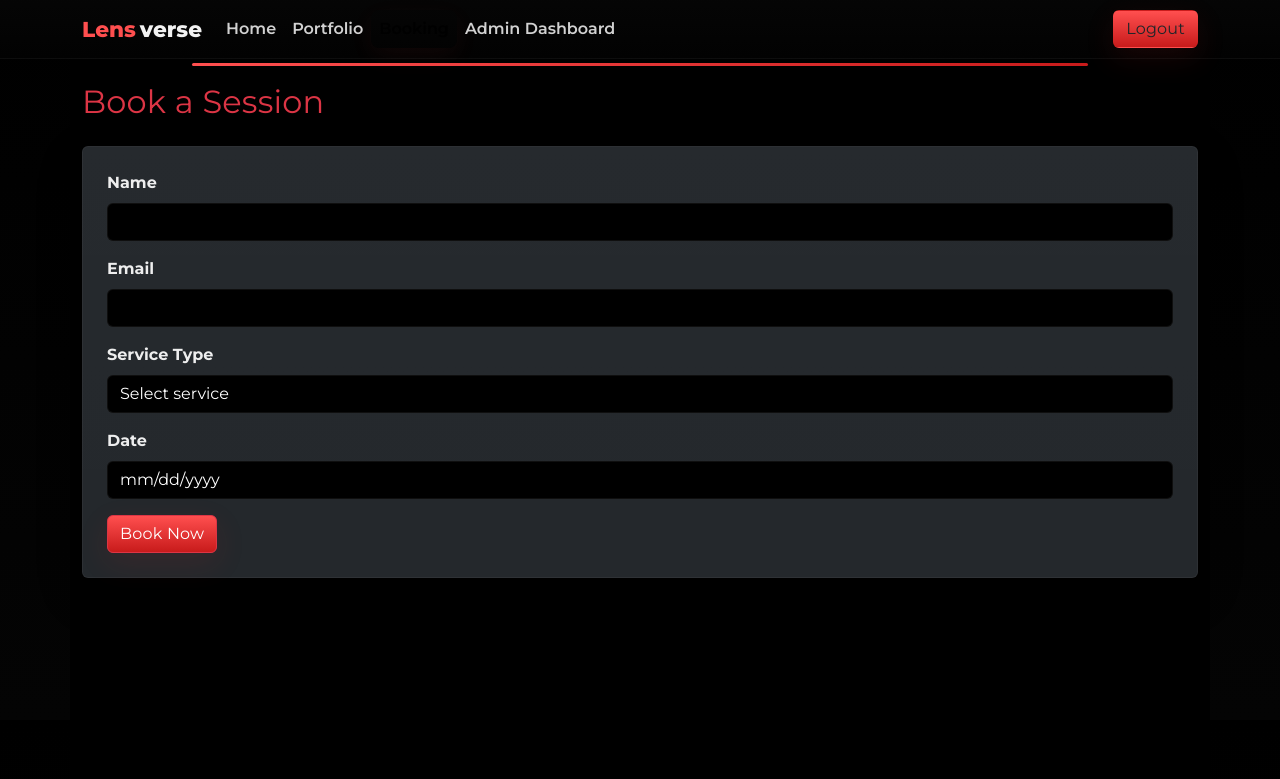
Repository: adithyakiran47/lensverseproject
Page: /booking (app in lensverse-client/)
The author's editor kept a copy of each file at every save. The page is drawn from the files as they stood at one save, then again after the next save.
The browser window is 1280 px wide. The pictures show the whole page.
The project was rebuilt for these pictures with package versions that can differ from the ones it lists, and the page was loaded fresh each time. Also part of the build but not shown: lensverse-client/src/pages/Home.js, lensverse-client/src/pages/Portfolio.css, lensverse-client/src/pages/Portfolio.js, lensverse-client/src/pages/About.js, lensverse-client/src/pages/AdminLogin.js, lensverse-client/src/pages/AdminDashboard.js. Imported but missing from the stored project, and not drawn on this page: lensverse-client/src/reportWebVitals.

Above is the page before, as saved 2025-11-04 11:08:36.

### lensverse-client/src/index.css
/* src/index.css - global font + high-contrast variables */
@import url('https://fonts.googleapis.com/css2?family=Montserrat:wght@400;600;700;800&family=Inter:wght@300;400;600&display=swap');

:root{
  --bg-900: #000000;
  --panel: rgba(255,255,255,0.03);         /* glass panels */
  --muted: rgba(255,255,255,0.65);
  --text: #ffffff;
  --accent: #ff4f4f;                       /* primary accent */
  --accent-600: #c81b1b;
  --card-bg: rgba(255,255,255,0.02);
  --input-bg: rgba(255,255,255,0.04);
  --focus-ring: rgba(255,79,79,0.14);
}

html,body,#root{
  height:100%;
  background: linear-gradient(180deg,var(--bg-900),#040404);
  margin:0;
  color:var(--text);
  font-family: 'Montserrat', 'Inter', system-ui, -apple-system, 'Segoe UI', Roboto, Arial;
  -webkit-font-smoothing:antialiased;
  -moz-osx-font-smoothing:grayscale;
}

/* Headings: blocky, high-weight for strong visual presence */
h1,h2,h3,h4,h5{
  font-family: 'Montserrat', 'Inter', sans-serif;
  font-weight:700;
  color: var(--text);
  letter-spacing: 0.2px;
}

/* Links */
a { color: var(--muted); text-decoration:none; }
a:hover { color: var(--text); }

/* Utility adjustments for contrast across components */
.bg-black { background: transparent !important; } /* allow global background to show */
.text-muted, .small { color: var(--muted) !important; }

/* Button defaults */
.btn {
  border-radius: 10px;
  font-weight: 700;
  letter-spacing: 0.2px;
}

/* Danger/accent button */
.btn-danger, .btn-logout {
  background: linear-gradient(180deg,var(--accent),var(--accent-600));
  color: #fff;
  border: none;
  box-shadow: 0 10px 30px rgba(200,40,40,0.12);
}

/* Form controls contrast */
.form-control, .form-select, textarea {
  background: var(--input-bg) !important;
  border: 1px solid rgba(255,255,255,0.06) !important;
  color: var(--text) !important;
  border-radius: 8px;
}

.form-control::placeholder { color: rgba(255,255,255,0.45); }

/* Focus */
.form-control:focus, .form-select:focus, textarea:focus, .btn:focus {
  outline: none;
  box-shadow: 0 8px 28px var(--focus-ring);
  border-color: var(--accent);
}

/* Cards / panels */
.panel {
  background: linear-gradient(180deg,var(--card-bg), rgba(0,0,0,0.06));
  border: 1px solid rgba(255,255,255,0.03);
  border-radius: 12px;
  padding: 1rem;
  box-shadow: 0 10px 30px rgba(0,0,0,0.6);
}

/* Make sure contrast for badges */
.badge {
  font-weight:700;
  color: #fff;
}

/* Narrow screens: keep spacing */
@media (max-width:767.98px){
  .container { padding-left:1rem; padding-right:1rem; }
}

### lensverse-client/src/App.js
import React from 'react';
import { BrowserRouter as Router, Routes, Route } from 'react-router-dom';


// Import your page components (create these next)
import Home from './pages/Home';
import Portfolio from './pages/Portfolio';
import Booking from './pages/Booking';
import About from './pages/About';
import AdminLogin from './pages/AdminLogin';
import AdminDashboard from './pages/AdminDashboard';

function App() {
  return (
    <Router>
      <Routes>
        <Route path="/" element={<Home />} />
        <Route path="/portfolio" element={<Portfolio />} />
        <Route path="/booking" element={<Booking />} />
        <Route path="/about" element={<About />} />
        <Route path="/admin-login" element={<AdminLogin />} />
        <Route path="/admin-dashboard" element={<AdminDashboard />} />
      </Routes>
    </Router>
  );
}

export default App;

### lensverse-client/src/pages/Booking.js
// src/pages/Booking.js
import React, { useState } from 'react';
import Navbar from '../components/Navbar';
import api from '../utils/api';
import './Booking.css';

const Booking = () => {
  const [formData, setFormData] = useState({ name: '', email: '', serviceType: '', date: '' });
  const [message, setMessage] = useState('');
  const [submitting, setSubmitting] = useState(false);

  const handleChange = e =>
    setFormData(prev => ({ ...prev, [e.target.name]: e.target.value }));

  const handleSubmit = async e => {
    e.preventDefault();
    setMessage('');
    setSubmitting(true);
    try {
      await api.post('/bookings', formData);
      setMessage('Booking submitted successfully!');
      setFormData({ name: '', email: '', serviceType: '', date: '' });
    } catch (err) {
      const text = err?.response?.data?.message || 'Booking submission failed.';
      setMessage(text);
    } finally {
      setSubmitting(false);
    }
  };

  return (
    <>
      <Navbar />
      <div className="container py-4 bg-black text-white min-vh-100">
        <h2 className="text-danger mb-4">Book a Session</h2>
        {message && <div className="alert alert-success">{message}</div>}
        <form onSubmit={handleSubmit} className="bg-dark p-4 rounded shadow-lg">
          <div className="mb-3">
            <label htmlFor="name" className="form-label">Name</label>
            <input type="text" name="name" className="form-control bg-black text-white" id="name" required value={formData.name} onChange={handleChange} />
          </div>

          <div className="mb-3">
            <label htmlFor="email" className="form-label">Email</label>
            <input type="email" name="email" className="form-control bg-black text-white" id="email" required value={formData.email} onChange={handleChange} />
          </div>

          <div className="mb-3">
            <label htmlFor="serviceType" className="form-label">Service Type</label>
            <select name="serviceType" id="serviceType" className="form-select bg-black text-white" value={formData.serviceType} onChange={handleChange} required>
              <option value="">Select service</option>
              <option value="events">Event Coverage</option>
              <option value="automotive">Automotive</option>
              <option value="portraits">Portraits</option>
            </select>
          </div>

          <div className="mb-3">
            <label htmlFor="date" className="form-label">Date</label>
            <input type="date" name="date" className="form-control bg-black text-white" id="date" required value={formData.date} onChange={handleChange} />
          </div>

          <button className="btn btn-danger" type="submit" disabled={submitting}>{submitting ? 'Sending...' : 'Book Now'}</button>
        </form>
      </div>
    </>
  );
};

export default Booking;

### lensverse-client/src/components/Navbar.js
// Navbar.js - improved professional navbar with active link highlighting
import React from 'react';
import { Link, useNavigate, useLocation } from 'react-router-dom';
import './Navbar.css';

const NAV_LINKS = [
  { to: '/', label: 'Home' },
  { to: '/portfolio', label: 'Portfolio' },
  { to: '/booking', label: 'Booking' },
  { to: '/admin-dashboard', label: 'Admin Dashboard' }
];

const Navbar = () => {
  const navigate = useNavigate();
  const location = useLocation();

  const handleLogout = () => {
    localStorage.removeItem('adminToken');
    navigate('/admin-login');
  };

  const isActive = (path) => {
    if (path === '/') return location.pathname === '/';
    return location.pathname.startsWith(path);
  };

  return (
    <nav className="navbar navbar-expand-lg lens-navbar">
      <div className="container">
        <Link className="navbar-brand" to="/">
          <span className="brand-red">Lens</span><span className="brand-white">verse</span>
        </Link>

        <button
          className="navbar-toggler"
          type="button"
          data-bs-toggle="collapse"
          data-bs-target="#lensNavbar"
          aria-controls="lensNavbar"
          aria-expanded="false"
          aria-label="Toggle navigation"
        >
          <span className="navbar-toggler-icon"></span>
        </button>

        <div className="collapse navbar-collapse" id="lensNavbar">
          <ul className="navbar-nav me-auto mb-2 mb-lg-0 align-items-lg-center">
            {NAV_LINKS.map(link => (
              <li className="nav-item" key={link.to}>
                <Link
                  to={link.to}
                  className={`nav-link ${isActive(link.to) ? 'active' : ''}`}
                >
                  {link.label}
                </Link>
              </li>
            ))}
          </ul>

          <div className="d-flex align-items-center gap-3">
            <button className="btn btn-logout" onClick={handleLogout}>Logout</button>
          </div>
        </div>
      </div>
    </nav>
  );
};

export default Navbar;

### lensverse-client/src/pages/Home.css
/* Add to src/pages/Home.css */
@import url("https://cdn.jsdelivr.net/npm/bootstrap-icons@1.11.1/font/bootstrap-icons.css");

/* Utility Classes */
.py-6 {
  padding-top: 6rem;
  padding-bottom: 6rem;
}

.z-1 {
  z-index: 1;
}

/* Hero Section */
.hero-section {
  position: relative;
  background: linear-gradient(rgba(0, 0, 0, 0.7), rgba(0, 0, 0, 0.7));
}

.bg-pattern {
  opacity: 0.1;
  background-image: radial-gradient(#dc3545 1px, transparent 1px);
  background-size: 32px 32px;
}

/* Service Cards */
.service-card {
  transition: transform 0.3s ease, box-shadow 0.3s ease;
  cursor: pointer;
}

.service-card:hover {
  transform: translateY(-10px);
  box-shadow: 0 10px 30px rgba(220, 53, 69, 0.2);
}

/* Feature List */
.feature-list li {
  transition: transform 0.3s ease;
}

.feature-list li:hover {
  transform: translateX(10px);
}

.feature-icon {
  font-size: 1.5rem;
  color: #dc3545;
}

/* Stats Cards */
.stat-card {
  transition: transform 0.3s ease;
  cursor: pointer;
}

.stat-card:hover {
  transform: translateY(-5px);
}

/* Testimonial Section */
.testimonial-card {
  transition: transform 0.3s ease;
  box-shadow: 0 10px 30px rgba(0, 0, 0, 0.2);
}

.testimonial-card:hover {
  transform: translateY(-5px);
}

/* CTA Section */
.cta-section {
  background: linear-gradient(45deg, #dc3545, #900);
}

.cta-section::before {
  content: '';
  position: absolute;
  top: 0;
  left: 0;
  right: 0;
  bottom: 0;
  background: url('data:[embedded picture, 165 characters]') repeat;
  opacity: 0.1;
}

/* Hover Effects */
.hover-scale {
  transition: transform 0.3s ease;
}

.hover-scale:hover {
  transform: scale(1.05);
}

/* Responsive Adjustments */
@media (max-width: 768px) {
  .display-1 {
    font-size: 3rem;
  }

  .py-6 {
    padding-top: 4rem;
    padding-bottom: 4rem;
  }
}

### lensverse-client/src/utils/api.js
// src/utils/api.js
import axios from 'axios';

const base = process.env.REACT_APP_API_BASE || '/api';

const api = axios.create({
  baseURL: base,
  timeout: 15000,
  headers: {
    Accept: 'application/json'
  }
});

export default api;

### lensverse-client/src/pages/Booking.css
/* src/pages/Booking.css - form contrast + glass effect */
@import url('https://fonts.googleapis.com/css2?family=Montserrat:wght@600;700&display=swap');

.booking-form,
.bg-dark.p-4.rounded.shadow-lg {
  background: linear-gradient(180deg, rgba(255,255,255,0.025), rgba(255,255,255,0.015));
  border: 1px solid rgba(255,255,255,0.04);
  border-radius: 14px;
  padding: 1.1rem;
  box-shadow: 0 18px 48px rgba(0,0,0,0.65);
  backdrop-filter: blur(8px);
}

/* grid */
.row-gap {
  display: grid;
  gap: .75rem;
}
@media (min-width:768px) {
  .row-gap { grid-template-columns: 1fr 1fr; }
}

/* inputs */
.booking-form .form-control,
.booking-form .form-select {
  background: rgba(0,0,0,0.6) !important;
  color: #fff !important;
  border-radius: 10px;
  border: 1px solid rgba(255,255,255,0.05);
  padding: .7rem .9rem;
}

/* select arrow contrast */
.booking-form .form-select {
  padding-right: 2.6rem;
  background-image: none;
}

/* labels */
.booking-form .form-label { color: #fff; font-weight:600; }

/* button */
.booking-form .btn-danger {
  background: linear-gradient(180deg,var(--accent),var(--accent-600));
  border: none;
  padding: .7rem 1.2rem;
  border-radius: 12px;
  font-weight:700;
  color: #fff;
  box-shadow: 0 14px 36px rgba(200,40,40,0.12);
}

/* alert text contrast */
.alert-success { background: linear-gradient(90deg, rgba(40,167,69,0.08), rgba(40,167,69,0.03)); color:#d9f7e0; border: 1px solid rgba(40,167,69,0.06); }

/* small note */
.booking-note { color: rgba(255,255,255,0.75); font-size: .95rem; }

/* responsive tweaks */
@media (max-width:767.98px){
  .booking-form { padding: .9rem; }
  .booking-form .btn-danger { width:100%; }
}

### lensverse-client/src/pages/AdminLogin.css
/* src/pages/AdminLogin.css - improved contrast and block font */
@import url('https://fonts.googleapis.com/css2?family=Montserrat:wght@600;800&display=swap');

.admin-login-page {
  min-height:100vh;
  display:flex;
  align-items:center;
  justify-content:center;
  background: linear-gradient(180deg,#000,#050505);
  padding:2rem;
  font-family: 'Montserrat', system-ui, sans-serif;
}

.login-wrap { width:100%; max-width:420px; }

.admin-card {
  background: linear-gradient(180deg, rgba(255,255,255,0.03), rgba(255,255,255,0.015));
  border-radius:14px;
  border:1px solid rgba(255,255,255,0.04);
  padding:1.2rem;
  box-shadow: 0 18px 48px rgba(0,0,0,0.7);
}

/* title */
.card-title { font-size:1.35rem; color:#fff; font-weight:700; }

/* labels & inputs */
.form-label { color: rgba(255,255,255,0.92); font-weight:700; }
.form-control {
  background: rgba(0,0,0,0.6);
  border-radius:10px;
  border:1px solid rgba(255,255,255,0.04);
  padding:.7rem .9rem;
  color:#fff;
}

/* show button */
.show-btn {
  background: transparent;
  border: 1px solid rgba(255,255,255,0.04);
  color: #fff;
  padding: .45rem .6rem;
  border-radius:8px;
  font-weight:700;
}

/* submit */
.btn-submit {
  margin-top:.9rem;
  width:100%;
  background: linear-gradient(180deg,var(--accent),var(--accent-600));
  color:#fff;
  padding:.68rem;
  border-radius:12px;
  font-weight:800;
}

/* small note */
.small-note { color: rgba(255,255,255,0.7); font-size:.88rem; text-align:center; margin-top:.6rem; }

### lensverse-client/src/pages/AdminDashboard.css
/* src/pages/AdminDashboard.css - table + card contrast */
@import url('https://fonts.googleapis.com/css2?family=Montserrat:wght@600;700&display=swap');

.container.bg-black { background: transparent; font-family: 'Montserrat', system-ui, sans-serif; }

/* glass panel */
.table-responsive {
  background: linear-gradient(180deg, rgba(255,255,255,0.02), rgba(255,255,255,0.01));
  border: 1px solid rgba(255,255,255,0.03);
  border-radius: 12px;
  padding: .6rem;
  box-shadow: 0 18px 48px rgba(0,0,0,0.65);
  backdrop-filter: blur(6px);
}

/* table rows distinct */
.table.table-dark tbody tr {
  background: linear-gradient(180deg, rgba(0,0,0,0.6), rgba(8,8,8,0.5));
  border-radius: 10px;
  box-shadow: 0 10px 30px rgba(0,0,0,0.6);
}

/* table cell color */
.table.table-dark tbody td { color: #fff; padding: .85rem 1rem; }

/* headings */
.table.table-dark thead th { color: #fff; font-weight:700; border-bottom: 1px solid rgba(255,255,255,0.03); }

/* badges for status */
.badge { font-weight:700; color:#fff; }

/* small-screen cards */
.card.bg-dark {
  background: linear-gradient(180deg, rgba(255,255,255,0.02), rgba(255,255,255,0.01));
  border:1px solid rgba(255,255,255,0.03);
  border-radius:12px;
  box-shadow: 0 12px 36px rgba(0,0,0,0.65);
  padding:.8rem;
  margin-bottom:1rem;
}

/* actions */
.btn { font-weight:700; border-radius:8px; }
.btn-outline-light { border:1px solid rgba(255,255,255,0.06); color:#fff; }

### lensverse-client/src/components/Navbar.css
/* src/components/Navbar.css */
@import url('https://fonts.googleapis.com/css2?family=Montserrat:wght@600;800&display=swap');

.lens-navbar {
  background: linear-gradient(180deg, rgba(6,6,6,0.88), rgba(2,2,2,0.98));
  backdrop-filter: blur(6px);
  -webkit-backdrop-filter: blur(6px);
  border-bottom: 1px solid rgba(255,255,255,0.03);
  padding: .5rem 0;
  font-family: 'Montserrat', system-ui, sans-serif;
  z-index: 1000;
}

/* Brand */
.lens-navbar .navbar-brand {
  font-family: 'Montserrat', 'Inter', sans-serif;
  font-weight: 800;
  font-size: 1.35rem;
  color: #fff;
  display:inline-flex;
  align-items:center;
  gap:.25rem;
}

.brand-red { color: var(--accent); }
.brand-white { color: #fff; opacity: 0.95; }

/* Links: high contrast, clear hover */
.lens-navbar .nav-link {
  color: rgba(255,255,255,0.82);
  padding: .45rem .6rem;
  border-radius: 8px;
  font-weight:600;
}
.lens-navbar .nav-link:hover { color: #fff; background: rgba(255,255,255,0.02); transform: translateY(-1px); }

/* Active link */
.lens-navbar .nav-link.active{
  color: var(--accent);
  box-shadow: 0 8px 24px rgba(255,79,79,0.06);
}
.lens-navbar .nav-link.active::after {
  content:'';
  position:absolute;
  left:15%;
  right:15%;
  bottom:-8px;
  height:3px;
  background: linear-gradient(90deg,var(--accent),var(--accent-600));
  border-radius:3px;
}

/* Logout button */
.btn-logout {
  background: linear-gradient(180deg,var(--accent),var(--accent-600));
  border: none;
  padding: .45rem .9rem;
  border-radius: 10px;
  font-weight:700;
  color:#fff;
  box-shadow: 0 10px 30px rgba(200,40,40,0.12);
}

/* mobile menu */
@media (max-width:991.98px){
  .lens-navbar .navbar-collapse {
    background: linear-gradient(180deg, rgba(6,6,6,0.96), rgba(2,2,2,0.98));
    border-radius:8px;
    padding:.6rem;
    margin-top:.6rem;
  }
}

Loaded but not shown: lensverse-client/src/index.js (common file)

After the next save:
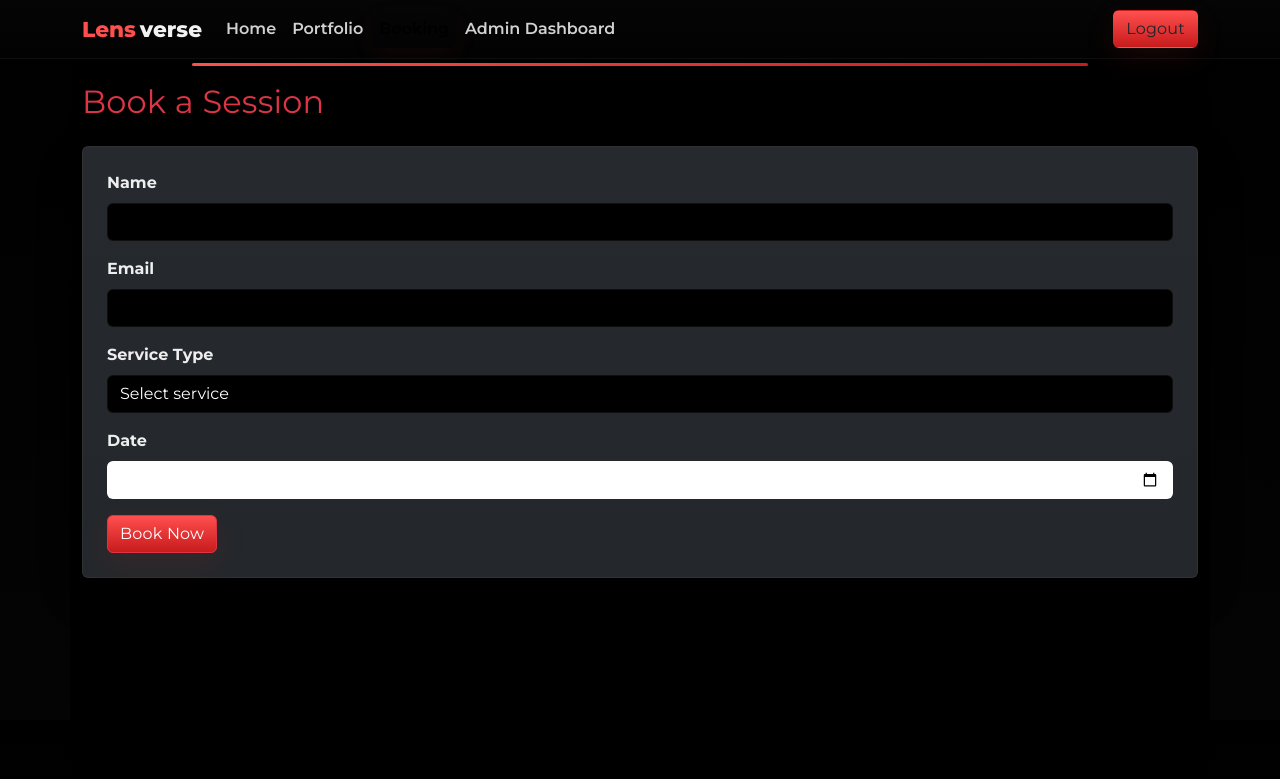
Saved 2 min 21 s later.
--- a/lensverse-client/src/pages/Booking.js
+++ b/lensverse-client/src/pages/Booking.js
@@ -57,7 +57,7 @@
 
           <div className="mb-3">
             <label htmlFor="date" className="form-label">Date</label>
-            <input type="date" name="date" className="form-control bg-black text-white" id="date" required value={formData.date} onChange={handleChange} />
+            <input type="date" name="date" className="form-control bg-white text-white" id="date" required value={formData.date} onChange={handleChange} />
           </div>
 
           <button className="btn btn-danger" type="submit" disabled={submitting}>{submitting ? 'Sending...' : 'Book Now'}</button>

After the save that followed:
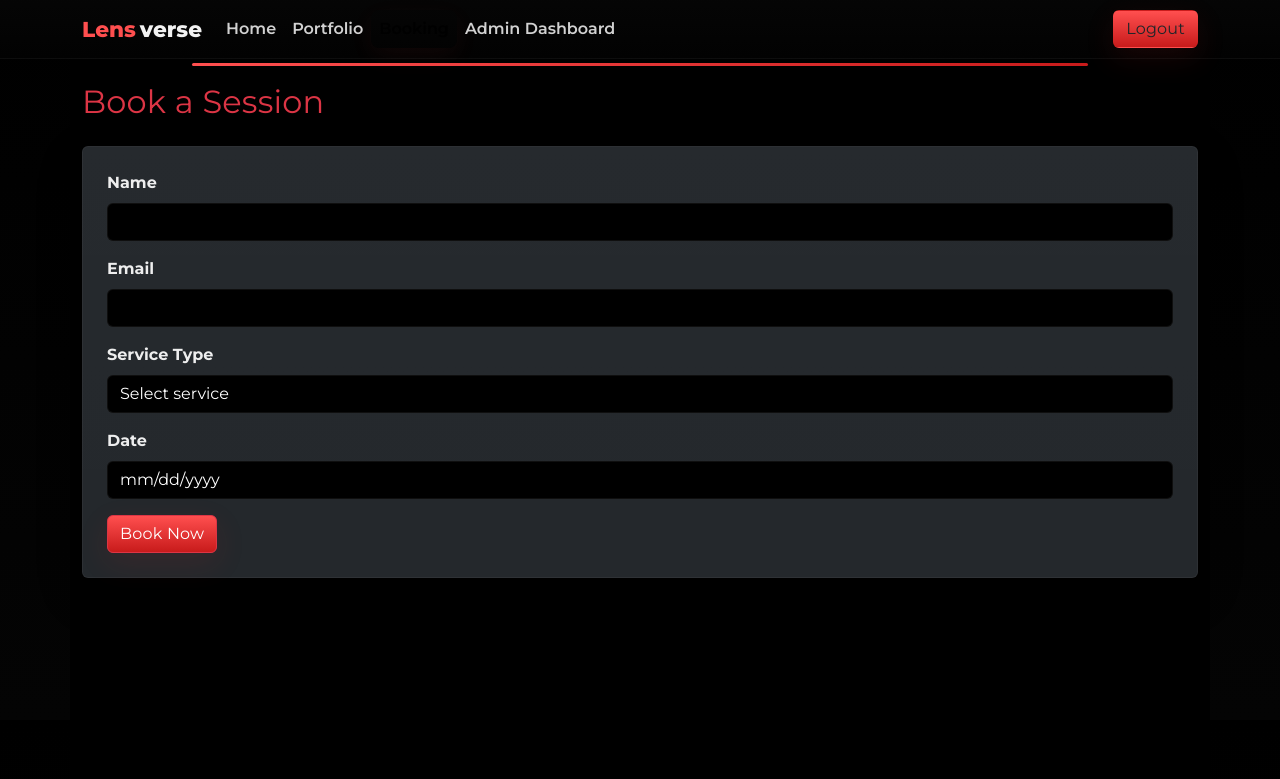
Saved 4 s later.
--- a/lensverse-client/src/pages/Booking.js
+++ b/lensverse-client/src/pages/Booking.js
@@ -57,7 +57,7 @@
 
           <div className="mb-3">
             <label htmlFor="date" className="form-label">Date</label>
-            <input type="date" name="date" className="form-control bg-white text-white" id="date" required value={formData.date} onChange={handleChange} />
+            <input type="date" name="date" className="form-control bg-black text-white" id="date" required value={formData.date} onChange={handleChange} />
           </div>
 
           <button className="btn btn-danger" type="submit" disabled={submitting}>{submitting ? 'Sending...' : 'Book Now'}</button>
